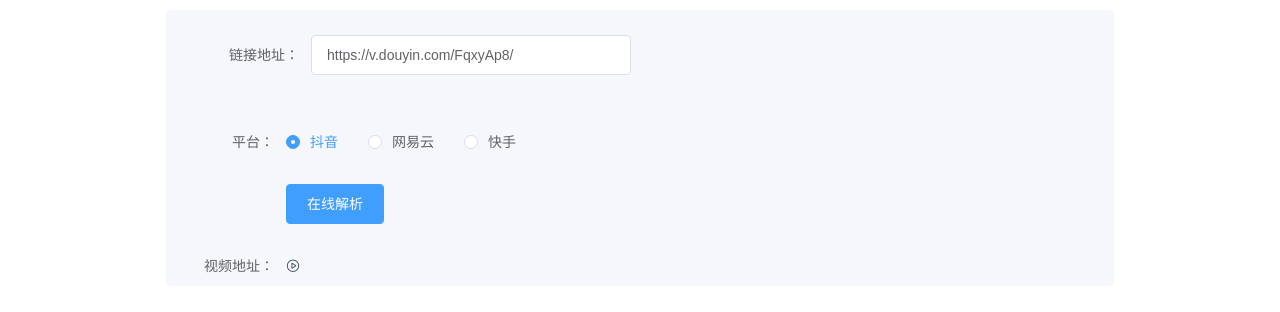
Repository: lyln/freepd
Page: / (app in frontend/freepd/)
These files come from the project's save history. The page is drawn as it stood at one moment and after the next save; the edit follows.
The browser window is 1280 px wide. The pictures show the whole page.
The project was rebuilt for these pictures with package versions that can differ from the ones it lists, and the page was loaded fresh each time.

Above is the page before, as saved 2022-05-26 09:54:51.

After the next save:
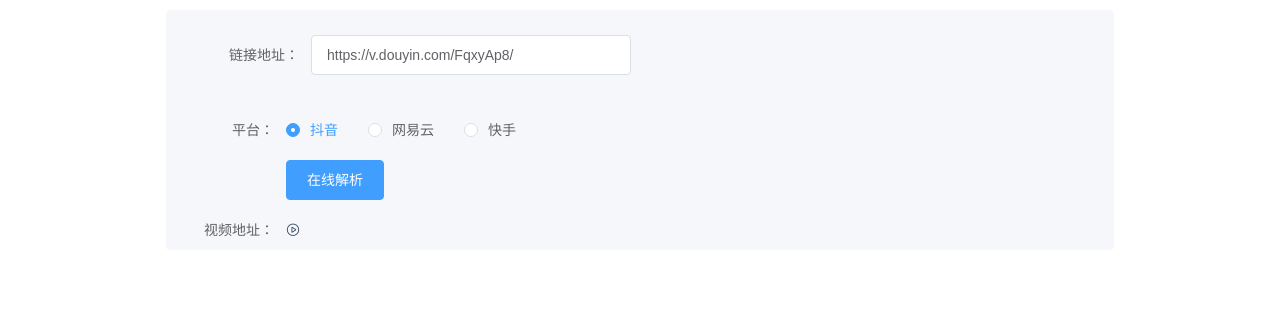
Saved 2 min 42 s later.
--- a/frontend/freepd/src/components/HelloWorld.vue
+++ b/frontend/freepd/src/components/HelloWorld.vue
@@ -121,4 +121,7 @@ a {
 	padding: 10px 0;
 	background-color: #f9fafc;
 }
+.el-form-item {
+	margin-bottom: 10px;
+}
 </style>
